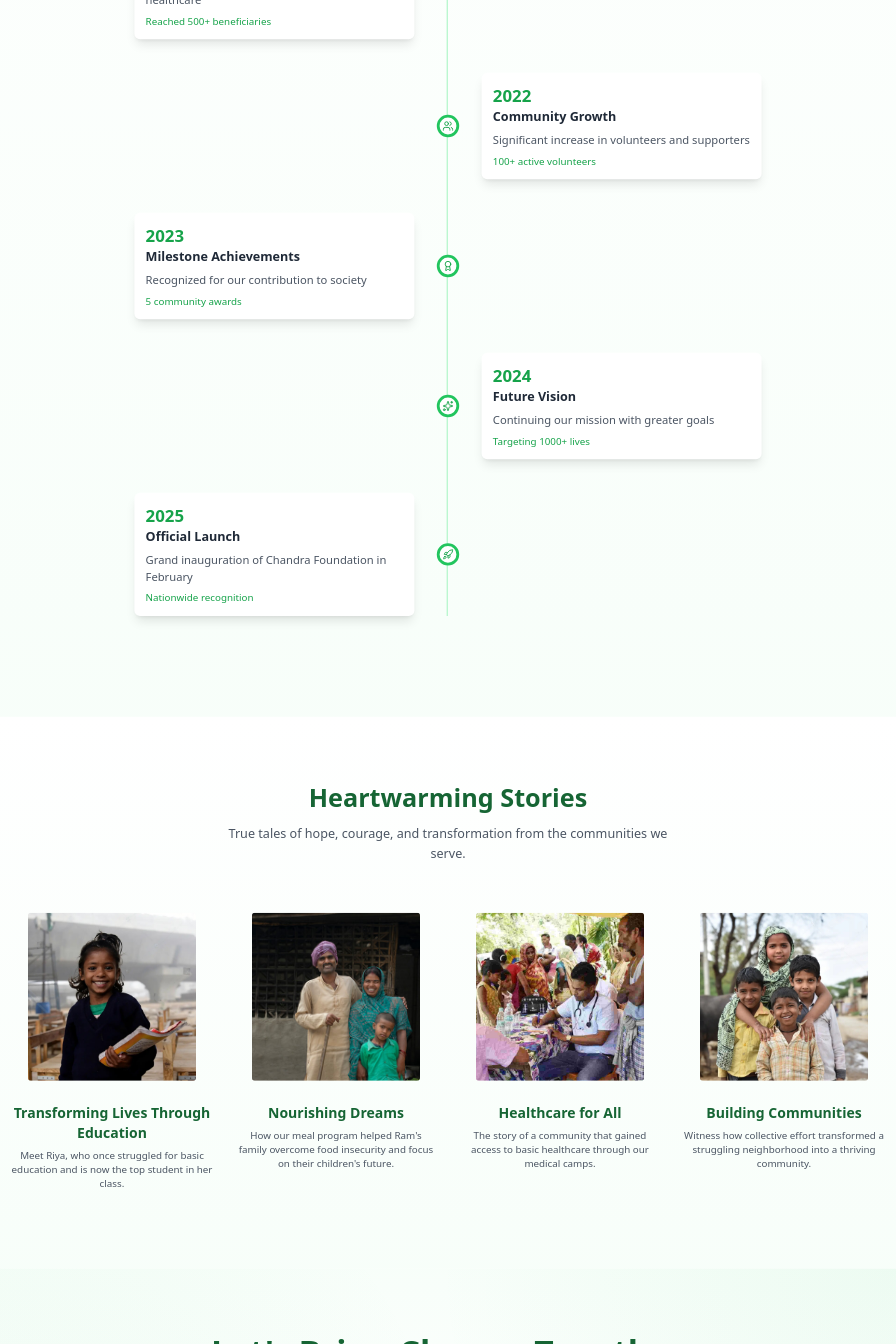
Repository: rajukumar2003/chandra-foundation
Page: /
The author's editor kept a copy of each file at every save. The page is drawn from the files as they stood at one save, then again after the next save.
The browser window is 1280 px wide. The pictures show the part of the page from y = 4580 to 6500 px (the page is 7141 px tall), at 70% of full size.
The project was rebuilt for these pictures with package versions that can differ from the ones it lists, and the page was loaded fresh each time. The framework's server and built-in components were replaced by stand-ins that run in the browser. Also part of the build but not shown: next.config.ts.

Above is the page before, as saved 2025-04-15 09:08:29.

### app/layout.tsx
import type { Metadata } from "next";
import { Geist, Geist_Mono } from "next/font/google";
import "./globals.css";
import Navbar from "./components/navbar";
import Footer from "./components/Footer";
import { LanguageProvider } from "./contexts/LanguageContext";

const geistSans = Geist({
  variable: "--font-geist-sans",
  subsets: ["latin"],
});

const geistMono = Geist_Mono({
  variable: "--font-geist-mono",
  subsets: ["latin"],
});

export const metadata: Metadata = {
  title: "Create Next App",
  description: "Generated by create next app",
};

export default function RootLayout({
  children,
}: Readonly<{
  children: React.ReactNode;
}>) {
  return (
    <html lang="en">
      <body
        className={`${geistSans.variable} ${geistMono.variable} antialiased`}
      >
        <LanguageProvider>
          <Navbar />
          {children}
          <Footer />
        </LanguageProvider>
      </body>
    </html>
  );
}

### app/(root)/page.tsx
import AboutUs from "../components/AboutUs";
import HeroSection from "../components/HeroSection";
import OurPrograms from "../components/OurPrograms";
import ImpactSection from "../components/ImpactSection"
import StorySection from "../components/StorySection";
// import FoundersMessage from "../components/FoundersMessage";
import HistoryTimeline from "../components/HistoryTimeline";
import CtaSection from "../components/CtaSection";
import WhyCare from "../components/WhyCare";

export default function Home() {
  return (
    <main className="overflow-hidden">
      <HeroSection />
      <WhyCare/>
      <AboutUs />
      <OurPrograms />
      <ImpactSection />
      <HistoryTimeline/>
      <StorySection/>
      {/* <FoundersMessage/> */}
      <CtaSection/>
    </main>
  );
}

### app/globals.css
@tailwind base;
@tailwind components;
@tailwind utilities;
@layer base {
  :root {
    --background: 0 0% 100%;
    --foreground: 0 0% 3.9%;
    --card: 0 0% 100%;
    --card-foreground: 0 0% 3.9%;
    --popover: 0 0% 100%;
    --popover-foreground: 0 0% 3.9%;
    --primary: 0 0% 9%;
    --primary-foreground: 0 0% 98%;
    --secondary: 0 0% 96.1%;
    --secondary-foreground: 0 0% 9%;
    --muted: 0 0% 96.1%;
    --muted-foreground: 0 0% 45.1%;
    --accent: 0 0% 96.1%;
    --accent-foreground: 0 0% 9%;
    --destructive: 0 84.2% 60.2%;
    --destructive-foreground: 0 0% 98%;
    --border: 0 0% 89.8%;
    --input: 0 0% 89.8%;
    --ring: 0 0% 3.9%;
    --chart-1: 12 76% 61%;
    --chart-2: 173 58% 39%;
    --chart-3: 197 37% 24%;
    --chart-4: 43 74% 66%;
    --chart-5: 27 87% 67%;
    --radius: 0.5rem
  }
  .dark {
    --background: 0 0% 3.9%;
    --foreground: 0 0% 98%;
    --card: 0 0% 3.9%;
    --card-foreground: 0 0% 98%;
    --popover: 0 0% 3.9%;
    --popover-foreground: 0 0% 98%;
    --primary: 0 0% 98%;
    --primary-foreground: 0 0% 9%;
    --secondary: 0 0% 14.9%;
    --secondary-foreground: 0 0% 98%;
    --muted: 0 0% 14.9%;
    --muted-foreground: 0 0% 63.9%;
    --accent: 0 0% 14.9%;
    --accent-foreground: 0 0% 98%;
    --destructive: 0 62.8% 30.6%;
    --destructive-foreground: 0 0% 98%;
    --border: 0 0% 14.9%;
    --input: 0 0% 14.9%;
    --ring: 0 0% 83.1%;
    --chart-1: 220 70% 50%;
    --chart-2: 160 60% 45%;
    --chart-3: 30 80% 55%;
    --chart-4: 280 65% 60%;
    --chart-5: 340 75% 55%
  }
}
@layer base {
  * {
    @apply border-border;
  }
  body {
    @apply bg-background text-foreground;
  }
}

@keyframes float {
  0%, 100% {
    transform: translateY(0);
  }
  50% {
    transform: translateY(-20px);
  }
}

@keyframes float-delayed {
  0%, 100% {
    transform: translateY(0);
  }
  50% {
    transform: translateY(-15px);
  }
}

.animate-float {
  animation: float 6s ease-in-out infinite;
}

.animate-float-delayed {
  animation: float-delayed 5s ease-in-out infinite;
  animation-delay: 1s;
}

### app/contexts/LanguageContext.tsx
"use client"

import type React from "react"
import { createContext, useState, useContext, useEffect, type ReactNode } from "react"
import en from "../i18n/locales/en"
import hi from "../i18n/locales/hi"

// Define available languages
export type Language = "en" | "hi"

// Define the shape of our translations
export type TranslationsType = typeof en

// Define the context shape
interface LanguageContextType {
  language: Language
  translations: TranslationsType
  setLanguage: (language: Language) => void
  t: (key: string) => string
}

// Create the context with default values
const LanguageContext = createContext<LanguageContextType>({
  language: "en",
  translations: en,
  setLanguage: () => {},
  t: () => "",
})

// Provider component
interface LanguageProviderProps {
  children: ReactNode
}

export const LanguageProvider: React.FC<LanguageProviderProps> = ({ children }) => {
  // Get initial language from localStorage if available, otherwise default to 'en'
  const [language, setLanguage] = useState<Language>("en")
  const [translations, setTranslations] = useState<TranslationsType>(en)

  // Load saved language preference from localStorage on initial render
  useEffect(() => {
    const savedLanguage = localStorage.getItem("language") as Language
    if (savedLanguage && (savedLanguage === "en" || savedLanguage === "hi")) {
      setLanguage(savedLanguage)
    }
  }, [])

  // Update translations when language changes
  useEffect(() => {
    // Save language preference to localStorage
    localStorage.setItem("language", language)

    // Set translations based on selected language
    setTranslations(language === "en" ? en : hi)
  }, [language])

  // Translation function
  const t = (key: string): string => {
    // Split the key by dots to access nested properties
    const keys = key.split(".")

    // Try to get the translation
    let translation: any = translations

    for (const k of keys) {
      if (translation && translation[k] !== undefined) {
        translation = translation[k]
      } else {
        // If translation not found, try to get it from English as fallback
        let fallback: any = en
        for (const fk of keys) {
          if (fallback && fallback[fk] !== undefined) {
            fallback = fallback[fk]
          } else {
            return key // Return the key itself if not found in fallback
          }
        }
        return typeof fallback === "string" ? fallback : key
      }
    }

    return typeof translation === "string" ? translation : key
  }

  return (
    <LanguageContext.Provider value={{ language, translations, setLanguage, t }}>{children}</LanguageContext.Provider>
  )
}

// Custom hook for using the language context
export const useLanguage = () => useContext(LanguageContext)

### app/components/AboutUs.tsx
"use client";

import { Button } from "@/components/ui/button";
import Image from "next/image";
import { useRouter } from "next/navigation";
import { useLanguage } from "../contexts/LanguageContext";

export default function AboutUs() {
  const router = useRouter();
  const { translations } = useLanguage();

  const handleKnowMore = () => {
    router.push("/aboutUs");
  };

  return (
    <div className="bg-gradient-to-b from-green-50/50 to-white">
      <section className="container mx-auto px-4 py-16 lg:py-24">
        <div className="text-center mb-16">
          <h2 className="text-3xl md:text-4xl font-bold text-green-800 mb-4">
          {translations.about.title}
          </h2>
          {/* <div className="w-20 h-1 bg-green-600 mx-auto"></div> */}
        </div>

        <div className="grid lg:grid-cols-2 gap-12 lg:gap-16 items-start">
          {/* Left Side: Image */}
          <div className="relative aspect-[4/3] w-full max-w-md mx-auto lg:max-w-none rounded-2xl overflow-hidden shadow-xl">
            <Image
              src="/images/about us.jpg"
              alt="About Chandra Foundation"
              fill
              className="object-cover"
              sizes="(max-width: 768px) 100vw, 40vw"
            />
          </div>

          {/* Right Side: Content */}
          <div className="space-y-16">
            <div>
              {/* <h3 className="text-2xl font-semibold text-green-700 mb-3">
                About Us
              </h3> */}
              <p className="text-gray-600 leading-relaxed">
              {translations.about.desc}
              </p>
            </div>

            {/* Quote */}
            <blockquote className="relative pl-4 border-l-4 border-green-500 italic text-gray-700 text-xl">
            {translations.about.quote}
              <div className="w-2 h-2 bg-green-500 absolute -left-[5px] -top-2 rounded-full"></div>
              <div className="w-2 h-2 bg-green-500 absolute -left-[5px] -bottom-2 rounded-full"></div>
            </blockquote>

            <div className="grid md:grid-cols-2 gap-8">
              <div>
                <h3 className="text-xl font-semibold text-green-700 mb-3 flex items-center">
                  <span className="w-8 h-[2px] bg-green-500 mr-3"></span>
                  {translations.vision.title}
                </h3>
                <p className="text-gray-600 leading-relaxed">
                {translations.vision.desc}
                </p>
              </div>

              <div>
                <h3 className="text-xl font-semibold text-green-700 mb-3 flex items-center">
                  <span className="w-8 h-[2px] bg-green-500 mr-3"></span>
                  {translations.mission.title}
                </h3>
                <p className="text-gray-600 leading-relaxed">
                {translations.mission.desc}
                </p>
              </div>
            </div>

            <div className="pt-2">
              <Button
                size="lg"
                className="bg-green-600 hover:bg-green-700 text-white rounded-full"
                onClick={handleKnowMore}
              >
                {translations.know.more}
              </Button>
            </div>
          </div>
        </div>
      </section>
    </div>
  );
}

### app/components/StorySection.tsx
'use client'

import { motion } from "framer-motion"
import Image from "next/image"
import { useLanguage } from "../contexts/LanguageContext"

const stories = [
  {
    image: "/images/riyaa.jpg",
    title: "Education Changes Lives",
    description: "Meet Riya, who went from struggling with basic education to becoming a top student in her class.",
    category: "Education"
  },
  {
    image: "/images/family.jpg",
    title: "Nourishing Dreams",
    description: "How our meal program helped Ram's family overcome food insecurity and focus on their children's future.",
    category: "Food Security"
  },
  {
    image: "/images/community_healthcare.jpg",
    title: "Healthcare for All",
    description: "The story of a community that gained access to basic healthcare through our medical camps.",
    category: "Healthcare"
  },
  {
    image: "/images/fam.jpg",
    title: "Building Communities",
    description: "Witness how collective effort transformed a struggling neighborhood into a thriving community.",
    category: "Community"
  }
]

export default function StorySection() {
  const {translations} = useLanguage();

  const stories = [
    {
      image: "/images/riyaa.jpg",
      title: translations.story[1].title,
      description: translations.story[1].desc,
      category: "Education"
    },
    {
      image: "/images/family.jpg",
      title: "Nourishing Dreams",
      description: "How our meal program helped Ram's family overcome food insecurity and focus on their children's future.",
      category: "Food Security"
    },
    {
      image: "/images/community_healthcare.jpg",
      title: "Healthcare for All",
      description: "The story of a community that gained access to basic healthcare through our medical camps.",
      category: "Healthcare"
    },
    {
      image: "/images/fam.jpg",
      title: "Building Communities",
      description: "Witness how collective effort transformed a struggling neighborhood into a thriving community.",
      category: "Community"
    }
  ]

  return (
    <section className="py-24 bg-gradient-to-b from-white to-green-50/50">
      <div className="container mx-auto px-4">
        <motion.div
          initial={{ opacity: 0, y: 20 }}
          whileInView={{ opacity: 1, y: 0 }}
          viewport={{ once: true }}
          transition={{ duration: 0.6 }}
          className="text-center mb-16"
        >
          <h2 className="text-3xl md:text-4xl font-bold text-green-800 mb-4">
            {translations.stories.title}
          </h2>
          <p className="text-gray-600 max-w-2xl mx-auto text-lg">
            {translations.stories.desc}
          </p>
        </motion.div>

        <div className="grid grid-cols-1 md:grid-cols-2 lg:grid-cols-4 gap-8">
          {stories.map((story, index) => (
            <motion.div
              key={story.title}
              initial={{ opacity: 0, y: 20 }}
              whileInView={{ opacity: 1, y: 0 }}
              viewport={{ once: true }}
              transition={{ duration: 0.6, delay: index * 0.1 }}
              className="group"
            >
              <div className="text-center space-y-4">
                {/* Image Container */}
                <div className="relative w-64 h-64 mx-auto mb-6">
                  {/* <div className="absolute inset-0 rounded-md border-2 border-green-200 group-hover:border-green-400 transition-colors duration-300" /> */}
                  <div className="absolute inset-2 rounded-sm overflow-hidden">
                    <Image
                      src={story.image}
                      alt={story.title}
                      fill
                      className="object-cover transition-transform duration-300 group-hover:scale-110"
                    />
                  </div>
                  {/* Category Badge */}
                  {/* <div className="absolute -bottom-2 left-1/2 -translate-x-1/2 bg-green-600 text-white text-xs px-3 py-1 text-nowrap rounded-full">
                    {story.category}
                  </div> */}
                </div>

                {/* Content */}
                <div>
                  <h3 className="text-xl font-semibold text-green-800 mb-2 group-hover:text-green-600 transition-colors duration-300">
                    {story.title}
                  </h3>
                  <p className="text-gray-600 text-sm mb-4">
                    {story.description}
                  </p>
                </div>

                {/* Read More Link */}
                {/* <Button
                  variant="outline"
                  className="border-green-600 text-green-600 hover:bg-green-600 hover:text-white"
                >
                  Read Full Story
                </Button> */}
              </div>
            </motion.div>
          ))}
        </div>
      </div>
    </section>
  )
}

### app/components/CtaSection.tsx
"use client";

import { motion } from "framer-motion";
import { Button } from "@/components/ui/button";
import { ArrowRight } from "lucide-react";
import { useLanguage } from "../contexts/LanguageContext";
import { useRouter } from "next/navigation";

export default function CtaSection() {
  const router = useRouter();

  const {translations} = useLanguage();

  const handleClick = () => {
    router.push('/contactUs');
  };

  return (
    <section className="py-24 bg-gradient-to-b from-green-50/50 to-white relative overflow-hidden">
      {/* Background Elements */}
      <div className="absolute inset-0">
        <div className="absolute inset-0 bg-[radial-gradient(circle_at_top_right,rgba(34,197,94,0.05),transparent_50%)]" />
        <div className="absolute inset-0 bg-[radial-gradient(circle_at_bottom_left,rgba(34,197,94,0.05),transparent_50%)]" />
      </div>

      <div className="container mx-auto px-4 relative">
        <div className="max-w-5xl mx-auto">
          <motion.div
            initial={{ opacity: 0, y: 20 }}
            whileInView={{ opacity: 1, y: 0 }}
            viewport={{ once: true }}
            transition={{ duration: 0.6 }}
            className="items-center"
          >
            {/* Text Content */}
            <div className="text-center space-y-8">
              <h2 className="text-4xl md:text-5xl font-bold text-green-800 leading-tight">
                {translations.cta.title}
              </h2>
              {/* <p className="text-xl text-gray-600">
                Let's create the{" "}
                <span className="text-green-600 font-semibold">DIFFERENCE</span>{" "}
                our community needs
              </p> */}

              <motion.p
                initial={{ opacity: 0, y: 20 }}
                whileInView={{ opacity: 1, y: 0 }}
                viewport={{ once: true }}
                transition={{ duration: 0.6, delay: 0.4 }}
                className="mt-12 text-xl text-gray-600 italic"
              >
                {translations.cta.quote}
              </motion.p>
              <motion.div
                initial={{ opacity: 0, x: -20 }}
                whileInView={{ opacity: 1, x: 0 }}
                viewport={{ once: true }}
                transition={{ duration: 0.6, delay: 0.2 }}
              >
                <Button
                  size="lg"
                  className="bg-green-600 hover:bg-green-700 text-white group"
                  onClick={handleClick}
                >
                  {translations.cta.join}
                  <ArrowRight className="ml-2 h-4 w-4 transition-transform group-hover:translate-x-1" />
                </Button>
              </motion.div>
            </div>
          </motion.div>
        </div>
      </div>
    </section>
  );
}

### components/ui/button.tsx
import * as React from "react"
import { Slot } from "@radix-ui/react-slot"
import { cva, type VariantProps } from "class-variance-authority"

import { cn } from "@/lib/utils"

const buttonVariants = cva(
  "inline-flex items-center justify-center gap-2 whitespace-nowrap rounded-md text-sm font-medium transition-colors focus-visible:outline-none focus-visible:ring-1 focus-visible:ring-ring disabled:pointer-events-none disabled:opacity-50 [&_svg]:pointer-events-none [&_svg]:size-4 [&_svg]:shrink-0",
  {
    variants: {
      variant: {
        default:
          "bg-primary text-primary-foreground shadow hover:bg-primary/90",
        destructive:
          "bg-destructive text-destructive-foreground shadow-sm hover:bg-destructive/90",
        outline:
          "border border-input bg-background shadow-sm hover:bg-accent hover:text-accent-foreground",
        secondary:
          "bg-secondary text-secondary-foreground shadow-sm hover:bg-secondary/80",
        ghost: "hover:bg-accent hover:text-accent-foreground",
        link: "text-primary underline-offset-4 hover:underline",
      },
      size: {
        default: "h-9 px-4 py-2",
        sm: "h-8 rounded-md px-3 text-xs",
        lg: "h-10 rounded-md px-8",
        icon: "h-9 w-9",
      },
    },
    defaultVariants: {
      variant: "default",
      size: "default",
    },
  }
)

export interface ButtonProps
  extends React.ButtonHTMLAttributes<HTMLButtonElement>,
    VariantProps<typeof buttonVariants> {
  asChild?: boolean
}

const Button = React.forwardRef<HTMLButtonElement, ButtonProps>(
  ({ className, variant, size, asChild = false, ...props }, ref) => {
    const Comp = asChild ? Slot : "button"
    return (
      <Comp
        className={cn(buttonVariants({ variant, size, className }))}
        ref={ref}
        {...props}
      />
    )
  }
)
Button.displayName = "Button"

export { Button, buttonVariants }

### app/components/LanguageSelector.tsx
"use client"

import { useLanguage } from "../contexts/LanguageContext"
import { languages } from "../i18n"
import { Button } from "@/components/ui/button"
import { DropdownMenu, DropdownMenuContent, DropdownMenuItem, DropdownMenuTrigger } from "@/components/ui/dropdown-menu"
import { Globe } from "lucide-react"

export default function LanguageSelector() {
  const { language, setLanguage, t } = useLanguage()

  return (
    <DropdownMenu>
      <DropdownMenuTrigger asChild>
        <Button variant="ghost" size="sm" className="flex items-center gap-1">
          <Globe className="h-4 w-4" />
          <span>{t("nav.language")}</span>
        </Button>
      </DropdownMenuTrigger>
      <DropdownMenuContent align="end">
        {Object.entries(languages).map(([code, name]) => (
          <DropdownMenuItem
            key={code}
            onClick={() => setLanguage(code as "en" | "hi")}
            className={language === code ? "bg-green-50 font-medium text-green-600" : ""}
          >
            {name}
          </DropdownMenuItem>
        ))}
      </DropdownMenuContent>
    </DropdownMenu>
  )
}

### components/ui/input.tsx
import * as React from "react"

import { cn } from "@/lib/utils"

const Input = React.forwardRef<HTMLInputElement, React.ComponentProps<"input">>(
  ({ className, type, ...props }, ref) => {
    return (
      <input
        type={type}
        className={cn(
          "flex h-9 w-full rounded-md border border-input bg-transparent px-3 py-1 text-base shadow-sm transition-colors file:border-0 file:bg-transparent file:text-sm file:font-medium file:text-foreground placeholder:text-muted-foreground focus-visible:outline-none focus-visible:ring-1 focus-visible:ring-ring disabled:cursor-not-allowed disabled:opacity-50 md:text-sm",
          className
        )}
        ref={ref}
        {...props}
      />
    )
  }
)
Input.displayName = "Input"

export { Input }

### app/i18n/index.ts
import en from "./locales/en"
import hi from "./locales/hi"

export type Language = "en" | "hi"

export const languages: Record<Language, string> = {
  en: "English",
  hi: "हिंदी",
}

export const getTranslations = (language: Language) => {
  switch (language) {
    case "hi":
      return hi
    case "en":
    default:
      return en
  }
}

export const defaultLanguage: Language = "en"

Loaded but not shown: lib/utils.ts (common file); tailwind.config.js (83 lines, source omitted); app/i18n/locales/en.ts (343 lines, source omitted); app/i18n/locales/hi.ts (349 lines, source omitted); app/components/OurPrograms.jsx (222 lines, source omitted); components/ui/dropdown-menu.tsx (201 lines, source omitted); app/components/navbar.tsx (196 lines, source omitted); app/components/HeroSection.tsx (162 lines, source omitted); app/components/HistoryTimeline.tsx (115 lines, source omitted); app/components/Footer.tsx (122 lines, source omitted); app/components/ImpactSection.tsx (141 lines, source omitted); app/components/WhyCare.tsx (112 lines, source omitted)

After the next save:
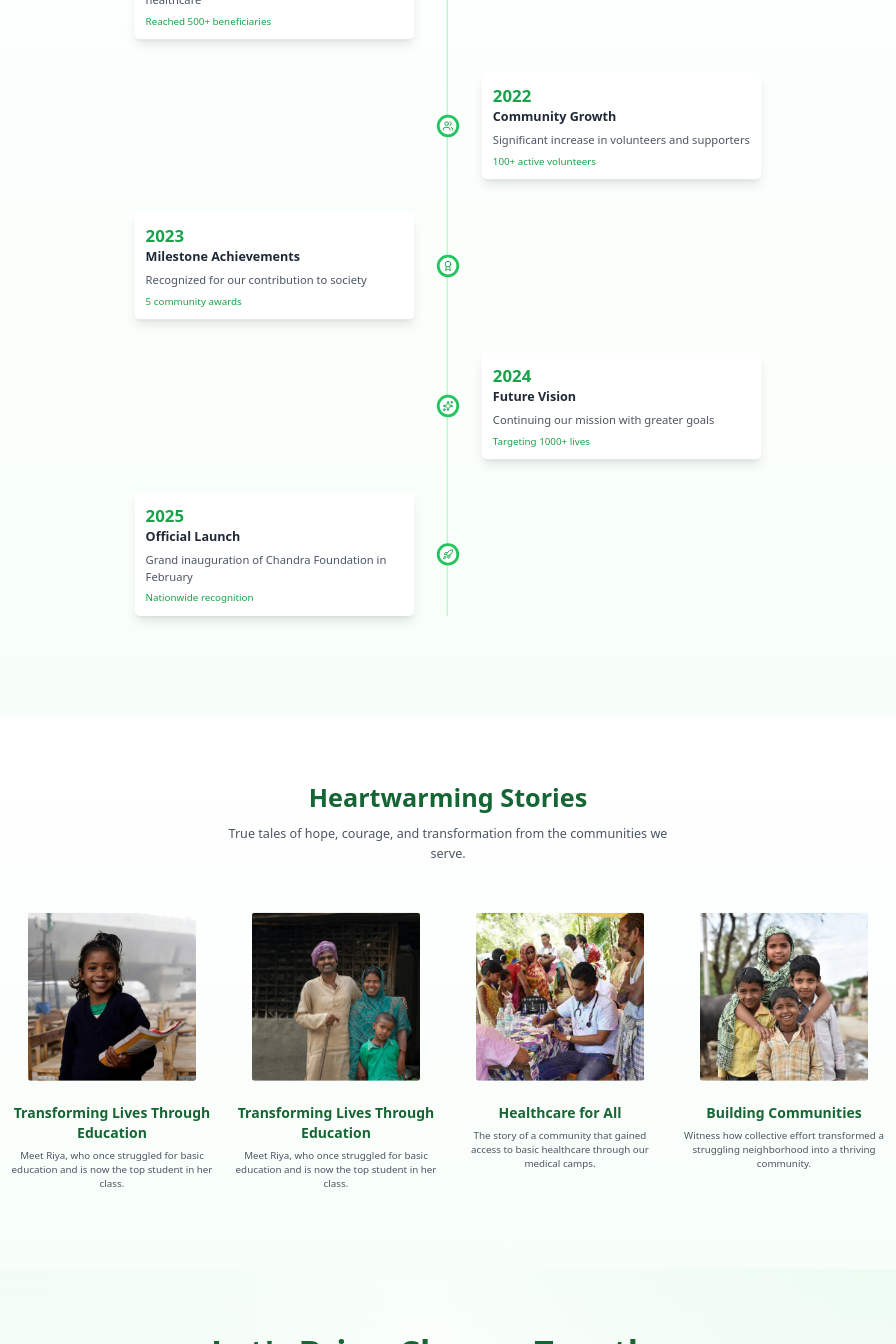
Saved 30 s later.
--- a/app/components/StorySection.tsx
+++ b/app/components/StorySection.tsx
@@ -43,8 +43,8 @@
     },
     {
       image: "/images/family.jpg",
-      title: "Nourishing Dreams",
-      description: "How our meal program helped Ram's family overcome food insecurity and focus on their children's future.",
+      title: translations.story[1].title,
+      description: translations.story[1].desc,
       category: "Food Security"
     },
     {
